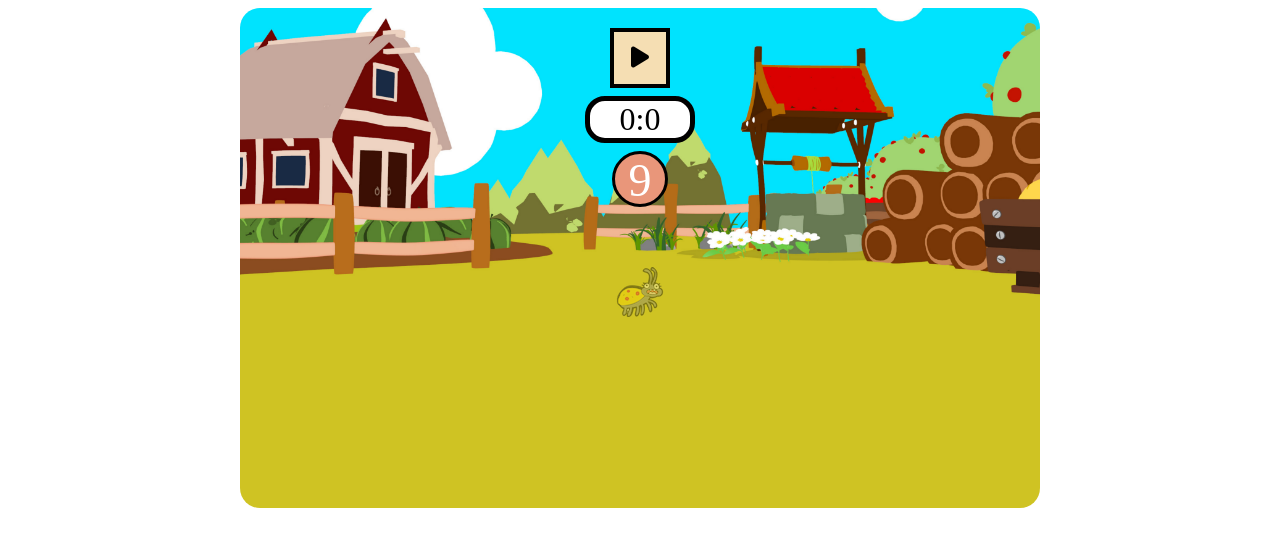
Repository: yoon-dh/JS_Prac
Page: carrot_game/index.html
These files come from the project's save history. The page is drawn as it stood at one moment and after the next save; the edit follows.
The browser window is 1280 px wide. The pictures show the whole page.
After loading, the first visible `button.game__button` was clicked once.
Some web libraries are served in a nearby version.

Above is the page before, as saved 2023-06-23 22:38:33.

After the next save:
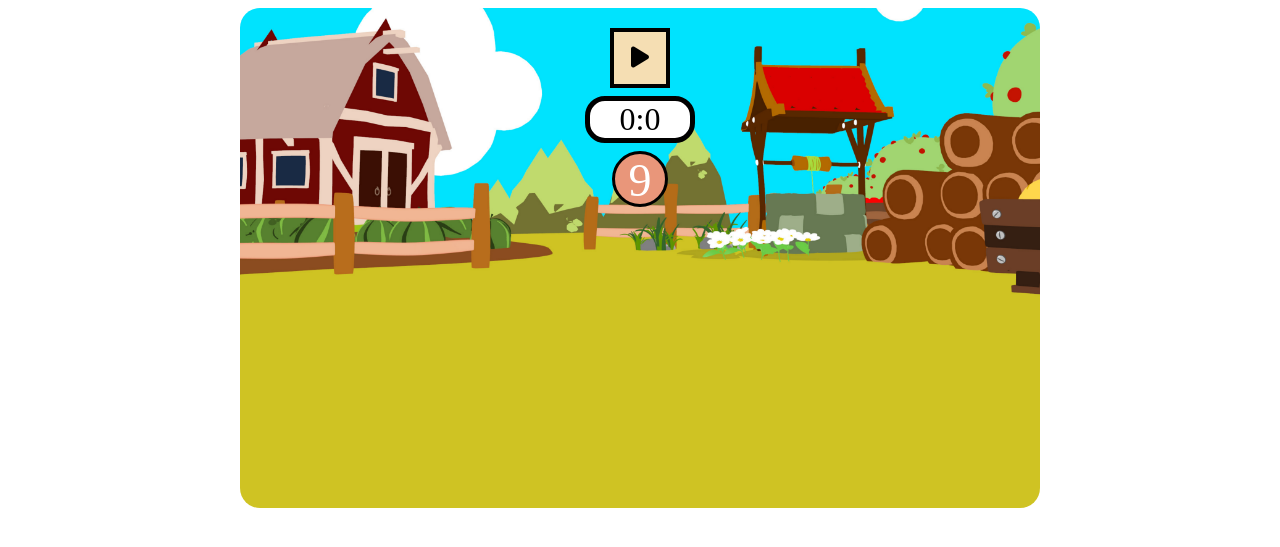
Saved 27 s later.
--- a/carrot_game/main.js
+++ b/carrot_game/main.js
@@ -3,17 +3,9 @@
 const gameField = document.querySelector(".game__field");
 const gameBtn = document.querySelector(".game__button");
 
-function addCarrot() {
-  gameField.innerHTML = `
-        <img src="img/carrot.png" alt="carrot">
-    `;
-}
+function addCarrot() {}
 
-function addBug() {
-  gameField.innerHTML = `
-        <img src="img/bug.png" alt="bug">
-    `;
-}
+function addBug() {}
 
 gameBtn.addEventListener("click", () => {
   addCarrot();
